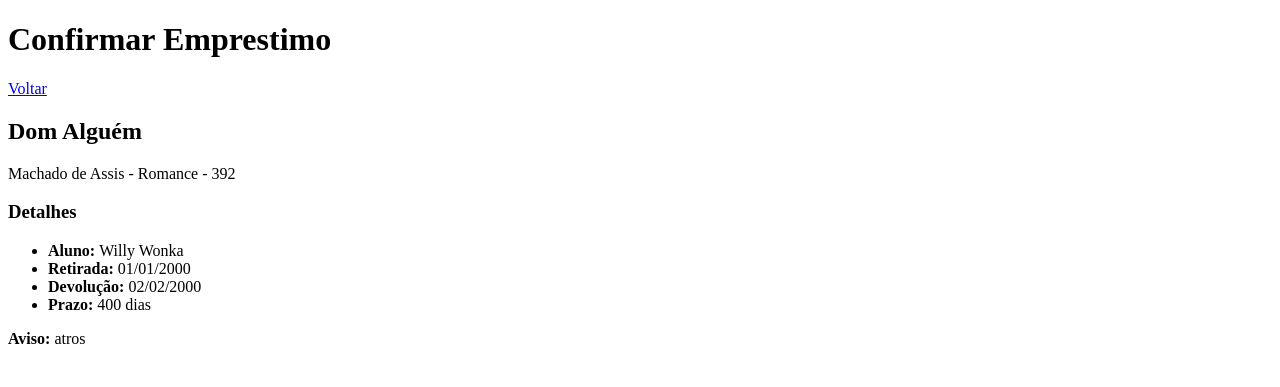
Repository: melloeduarda/html
Page: confirmar.html
These files come from the project's save history. The page is drawn as it stood at one moment and after a run of saves; the edit follows.
The browser window is 1280 px wide. The pictures show the whole page.

Above is the page before, as saved 2026-10-28 16:22:59.

### confirmar.html
<!DOCTYPE html>
<html lang="en">
<head>
    <meta charset="UTF-8">
    <meta name="viewport" content="width=device-width, initial-scale=1.0">
    <title>Confirmar Emprestimo</title>
</head>
<body>
    <header>
        <h1>Confirmar Emprestimo</h1>
        <a class="botao" href="buscar.html">Voltar</a>
    <header>

        <h2>Dom Alguém</h2>
        <p>Machado de Assis - Romance - 392</p>

        <h3>Detalhes</h3>
        <ul>
            <li><strong>Aluno: </strong>Willy Wonka</li>
            <li><strong>Retirada: </strong>01/01/2000</li>
            <li><strong>Devolução: </strong>02/02/2000</li>
            <Li><strong>Prazo: </strong>400 dias</Li>
        </ul>

        <p><strong>Aviso: </strong>atros </p>
</body>
</html>

After the next 5 saves:
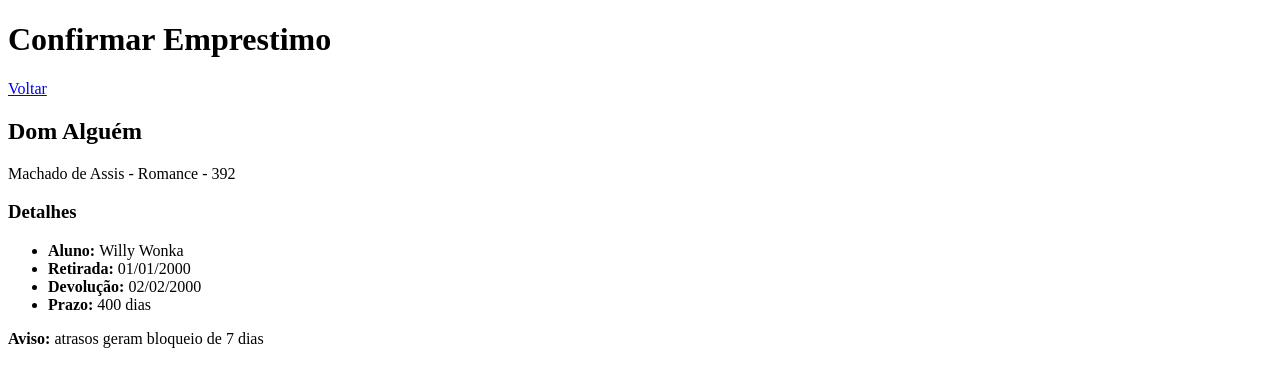
The 5 saves are shown as one change because they came seconds apart.
The last was saved 16 s later.
--- a/confirmar.html
+++ b/confirmar.html
@@ -22,6 +22,6 @@
             <Li><strong>Prazo: </strong>400 dias</Li>
         </ul>
 
-        <p><strong>Aviso: </strong>atros </p>
+        <p><strong>Aviso: </strong>atrasos geram bloqueio de 7 dias</p>
 </body>
 </html>
